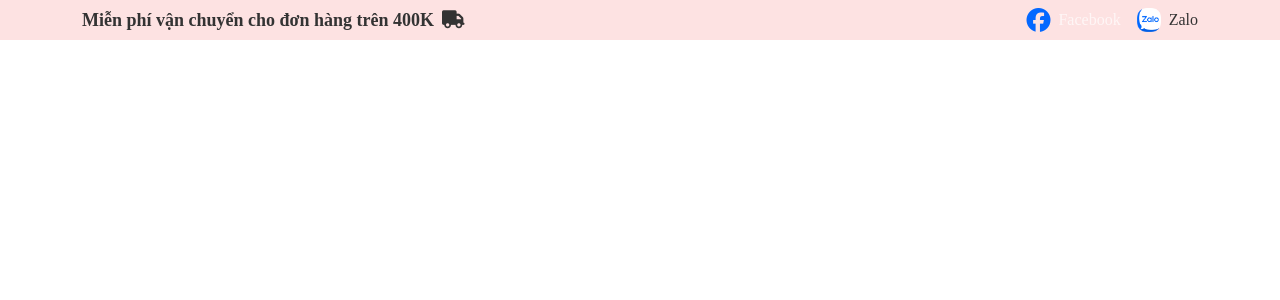
Repository: hoang28092000/kim-store
Page: index.html
The author's editor kept a copy of each file at every save. The page is drawn from the files as they stood at one save, then again after a run of saves.
The browser window is 1280 px wide. The pictures show the whole page.
Some web libraries are served in a nearby version.

Above is the page before, as saved 2024-10-31 21:50:46.

### index.html
<!DOCTYPE html>
<html lang="en">
<head>
    <meta charset="UTF-8">
    <meta name="viewport" content="width=device-width, initial-scale=1.0">
    <link href="https://cdn.jsdelivr.net/npm/bootstrap@5.0.2/dist/css/bootstrap.min.css" rel="stylesheet" integrity="sha384-EVSTQN3/azprG1Anm3QDgpJLIm9Nao0Yz1ztcQTwFspd3yD65VohhpuuCOmLASjC" crossorigin="anonymous">
    <link rel="stylesheet" href="https://cdnjs.cloudflare.com/ajax/libs/font-awesome/6.6.0/css/all.min.css" integrity="sha512-Kc323vGBEqzTmouAECnVceyQqyqdsSiqLQISBL29aUW4U/M7pSPA/gEUZQqv1cwx4OnYxTxve5UMg5GT6L4JJg==" crossorigin="anonymous" referrerpolicy="no-referrer" />
    <link rel="stylesheet" href="asset/style.css">
    <title>KIM STORE</title>
</head>
<body>
    <div id="header">
        <div class="top_header ">
                <div class="container d-flex justify-content-between">
                    <div class="r-top_header d-flex align-items-center">
                        <p class="txt_bold mb-0 me-2">Miễn phí vận chuyển cho đơn hàng trên 400K</p>
                    <i class="fa-solid fa-truck icon-truck mb-0"></i>
                    </div>
                    <ul class="icons-header d-flex align-items-center mb-0">
                        <a href="" class="tag-a-top_header">
                            <li class="icon d-flex me-3">
                                <i class="fa-brands fa-facebook icon_fb me-2"></i>
                                <span class="txt-fb">Facebook</span>
                            </li>
                        </a>
                        <a href="" class="tag-a-top_header">
                            <li class="icon d-flex">
                                <img src="asset/image/icon_zalo.webp" alt="this is picture zalo" class="icon_zalo me-2">
                                <span class="txt-zalo">Zalo</span>
                             </li>
                        </a>
                    </ul>
                </div>
        </div>
        <div class="main_header">

        </div>
    </div>


    <div id="navbar">

    </div>


    <div id="main">

    </div>


    <div id="footer">

    </div>






    <script src="https://cdn.jsdelivr.net/npm/bootstrap@5.0.2/dist/js/bootstrap.bundle.min.js" integrity="sha384-MrcW6ZMFYlzcLA8Nl+NtUVF0sA7MsXsP1UyJoMp4YLEuNSfAP+JcXn/tWtIaxVXM" crossorigin="anonymous"></script>
</body>
</html>

### asset/style.css
*{
    margin: 0;
    padding: 0;
    box-sizing: border-box;
    font-family: Montserrat;
    list-style: none;
    text-decoration: none;
}
.txt-16px{
    font-size: 16px;
    color: #333;
}
.txt_bold{
    font-size: 18px;
    color: #333;
    font-weight: 700;
}
#header{

}
#header .top_header{
    height: 40px;
    background-color: #FDE2E2;
}
.top_header .r-top_header{
    height: 40px;
}
.top_header .icon-truck{
    font-size: 18px;
    color: #333;
}
.top_header .tag-a-top_header{
    text-decoration: none;
}
.top_header .icon_fb{
    font-size: 24px;
    color: #0468ff;
}
.top_header .icon_zalo{
    width: 24px;
    height: 24px;
}
.top_header .txt-fb ,.txt-zalo{
    font-size: 16px;
    color: #333;
}
.top_header .txt-fb ,.txt-zalo:hover{
    opacity: 0.7;
    color: #fff;
}

After the next 2 saves:
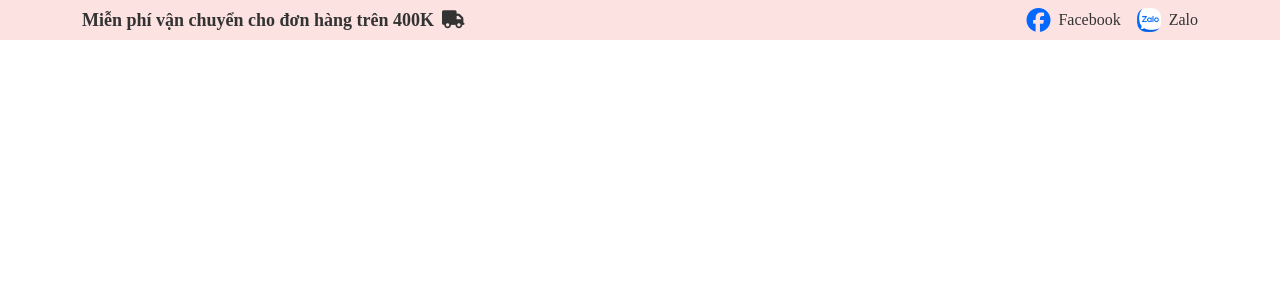
The 2 saves are shown as one change because they came seconds apart.
The last was saved 35 s later.
--- a/asset/style.css
+++ b/asset/style.css
@@ -44,7 +44,7 @@
     font-size: 16px;
     color: #333;
 }
-.top_header .txt-fb ,.txt-zalo:hover{
+.top_header .txt-fb :hover ,.txt-zalo:hover{
     opacity: 0.7;
     color: #fff;
 }

After the 3 saves that followed:
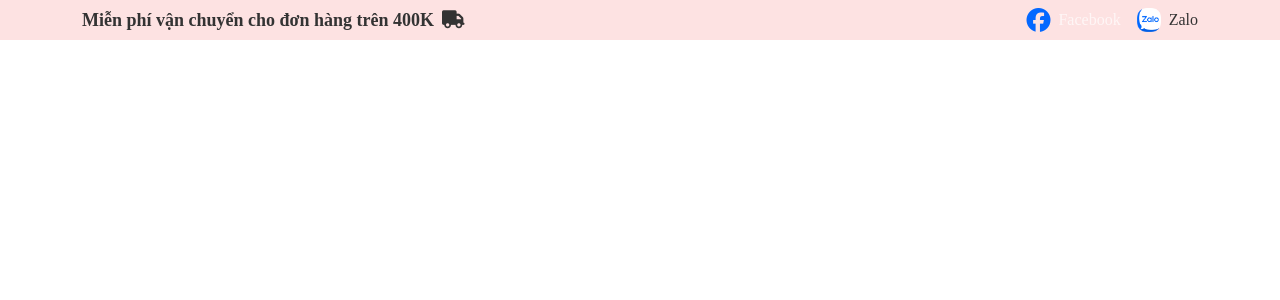
The 3 saves are shown as one change because they came seconds apart.
The last was saved 23 s later.
--- a/asset/style.css
+++ b/asset/style.css
@@ -44,7 +44,7 @@
     font-size: 16px;
     color: #333;
 }
-.top_header .txt-fb :hover ,.txt-zalo:hover{
+.top_header .txt-fb, .txt-zalo:hover{
     opacity: 0.7;
     color: #fff;
 }
